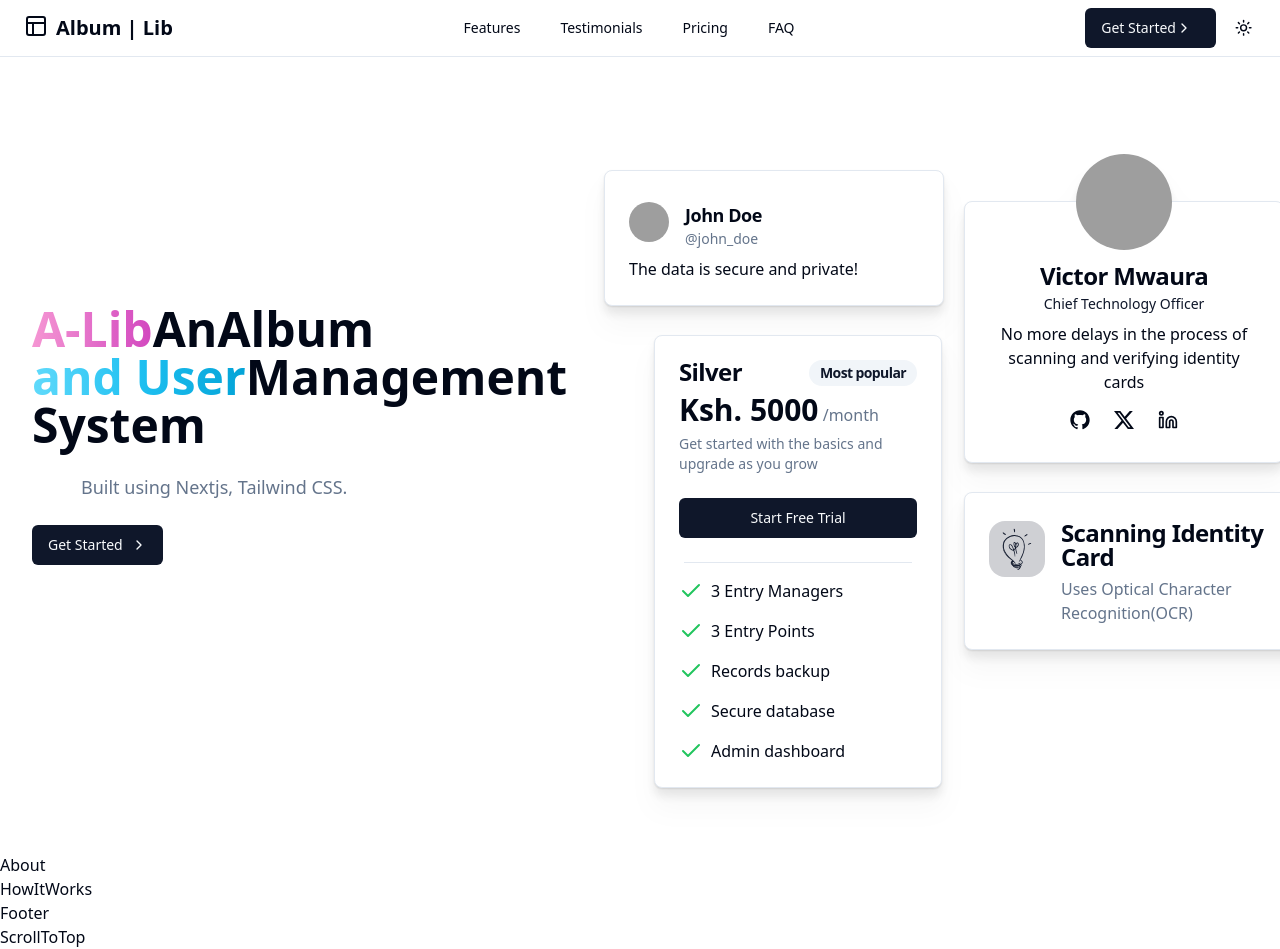
Repository: DevLaukey/savannah-informatics-test
Page: /
An editor plug-in stored every save of this project. The page is shown before and after the next save, followed by the edit.
The browser window is 1280 px wide. The pictures show the whole page.
Pictures or frames that could not be fetched are drawn as grey boxes. The project was rebuilt for these pictures with package versions that can differ from the ones it lists, and the page was loaded fresh each time. The framework's server and built-in components were replaced by stand-ins that run in the browser. Also part of the build but not shown: next.config.mjs.

Above is the page before, as saved 2024-06-04 22:10:16.

After the next save:
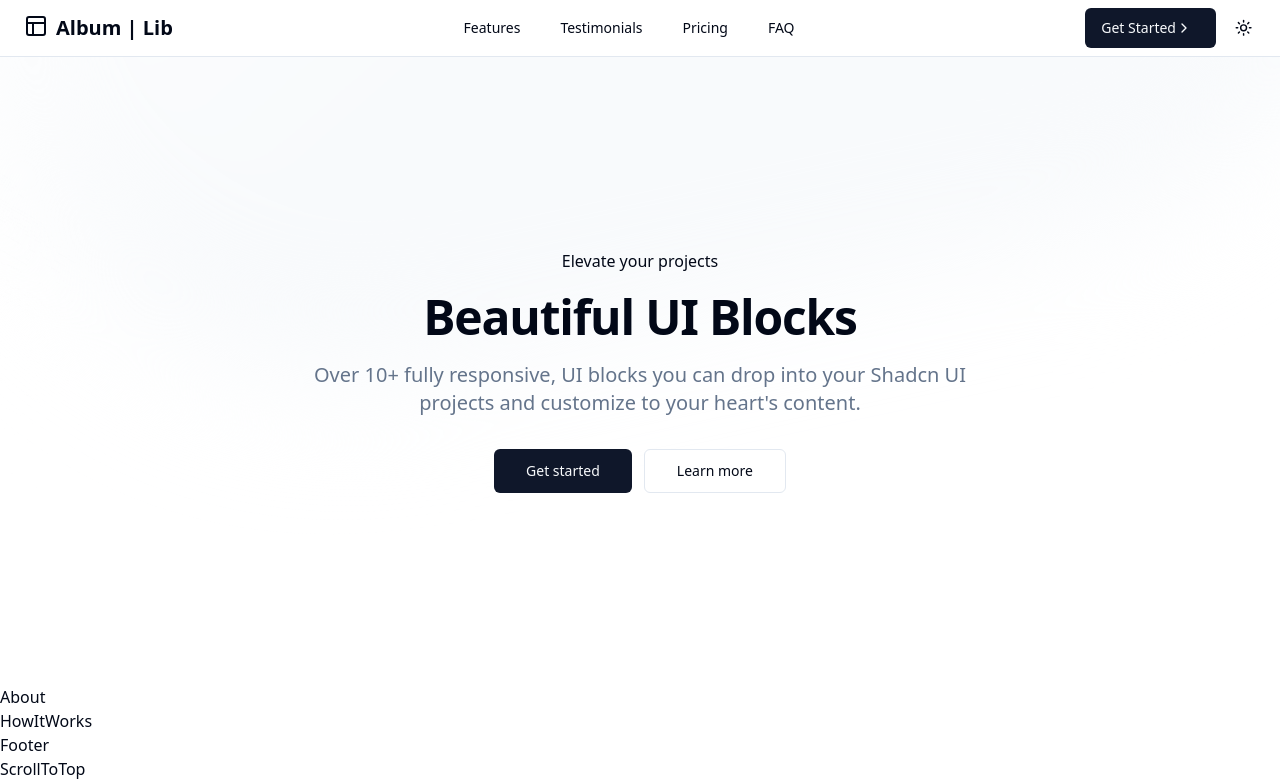
Saved 3 min 20 s later.
--- a/components/landing-page/Hero.jsx
+++ b/components/landing-page/Hero.jsx
@@ -4,48 +4,49 @@ import { Button, buttonVariants } from "@/components/ui/button";
 
 const Hero = () => {
   return (
-    <section className="container mx-auto grid grid-cols-1 md:grid-cols-2 place-items-center py-20 md:py-32 gap-10 overflow-hidden">
-      <div className="text-center md:text-left space-y-6">
-        <main className="text-3xl md:text-5xl font-bold">
-          <h1 className="inline-block">
-            <span className="inline bg-gradient-to-r from-[#F596D3] to-[#D247BF] text-transparent bg-clip-text">
-              A-Lib
-            </span>
-            An
-          </h1>
-          Album
-          <h2 className="inline-block">
-            <span className="inline bg-gradient-to-r from-[#61DAFB] via-[#1fc0f1] to-[#03a3d7] text-transparent bg-clip-text">
-              and User
-            </span>
-            Management System
-          </h2>
-        </main>
-
-        <p className="text-lg text-muted-foreground md:w-10/12 mx-auto">
-          Built using Nextjs, Tailwind CSS.
-        </p>
-
-        <Button
-          type="button"
-          className={
-            "flex justify-center items-center " +
-            buttonVariants({ variant: "primary" })
-          }
+    <>
+      {/* Hero */}
+      <div className="relative overflow-hidden py-24 lg:py-32">
+        {/* Gradients */}
+        <div
+          aria-hidden="true"
+          className="flex absolute -top-96 start-1/2 transform -translate-x-1/2"
         >
-          Get Started
-          <ChevronRight className="ml-2 h-4 w-4" />
-        </Button>
+          <div className="bg-gradient-to-r from-background/50 to-background blur-3xl w-[25rem] h-[44rem] rotate-[-60deg] transform -translate-x-[10rem]" />
+          <div className="bg-gradient-to-tl blur-3xl w-[90rem] h-[50rem] rounded-full origin-top-left -rotate-12 -translate-x-[15rem] from-primary-foreground via-primary-foreground to-background" />
+        </div>
+        {/* End Gradients */}
+        <div className="relative z-10">
+          <div className="container py-10 lg:py-16">
+            <div className="max-w-2xl text-center mx-auto">
+              <p className="">Elevate your projects</p>
+              {/* Title */}
+              <div className="mt-5 max-w-2xl">
+                <h1 className="scroll-m-20 text-4xl font-extrabold tracking-tight lg:text-5xl">
+                  Beautiful UI Blocks
+                </h1>
+              </div>
+              {/* End Title */}
+              <div className="mt-5 max-w-3xl">
+                <p className="text-xl text-muted-foreground">
+                  Over 10+ fully responsive, UI blocks you can drop into your
+                  Shadcn UI projects and customize to your heart&apos;s content.
+                </p>
+              </div>
+              {/* Buttons */}
+              <div className="mt-8 gap-3 flex justify-center">
+                <Button size={"lg"}>Get started</Button>
+                <Button size={"lg"} variant={"outline"}>
+                  Learn more
+                </Button>
+              </div>
+              {/* End Buttons */}
+            </div>
+          </div>
+        </div>
       </div>
-
-      {/* Hero cards sections */}
-      <div className="z-10">
-        <HeroCards />
-      </div>
-
-      {/* Shadow effect */}
-      <div className="shadow"></div>
-    </section>
+      {/* End Hero */}
+    </>
   );
 };
 
